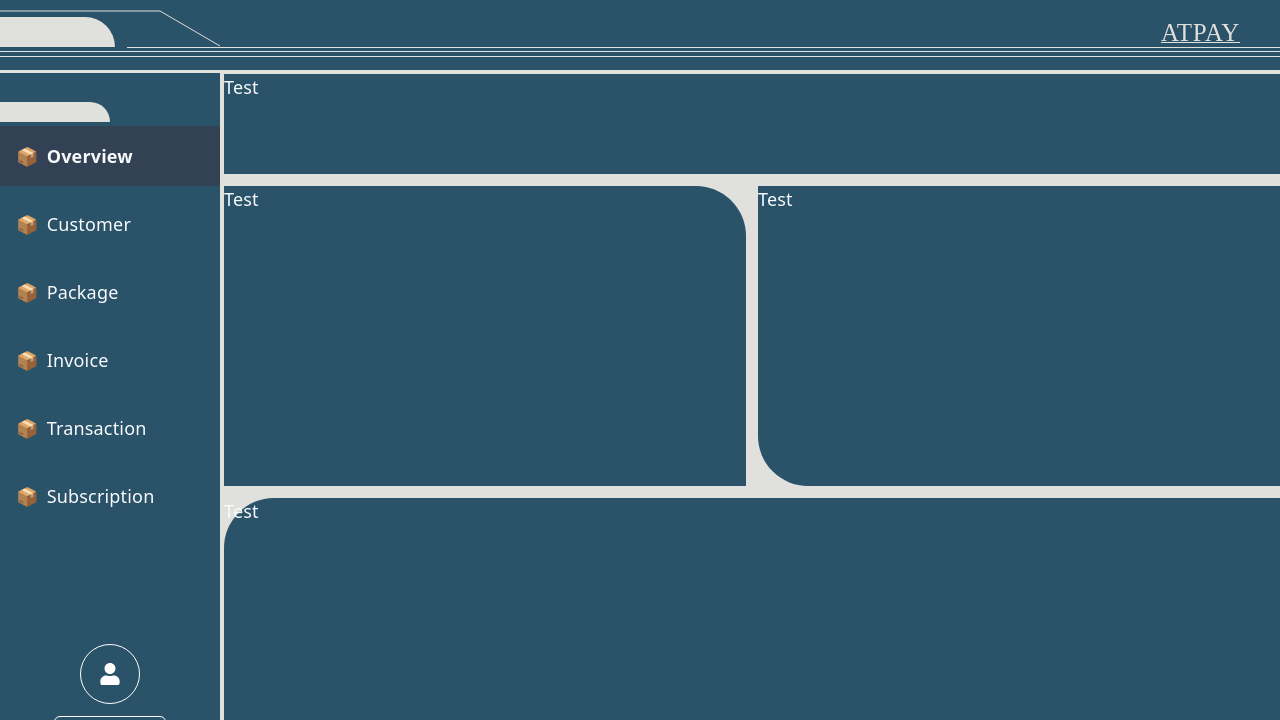
Repository: Farazdaq/stripe-payment-integration
Page: /dashboard (app in stripe-integration-react-dashboard/)
An editor plug-in stored every save of this project. The page is shown before and after the next save, followed by the edit.
The browser window is 1280 px wide. The pictures show the whole page.
An inner scrolling area shows only its first screen. Some web fonts or font styles are not loaded; a fallback is used. The project was rebuilt for these pictures with package versions that can differ from the ones it lists, and the page was loaded fresh each time. Also part of the build but not shown: stripe-integration-react-dashboard/vite.config.ts, stripe-integration-react-dashboard/src/App.css, stripe-integration-react-dashboard/src/features/dashboard/pages/Customer.tsx, stripe-integration-react-dashboard/src/features/dashboard/pages/Package.tsx, stripe-integration-react-dashboard/src/features/dashboard/pages/Invoice.tsx, stripe-integration-react-dashboard/src/features/dashboard/pages/Transaction.tsx, stripe-integration-react-dashboard/src/features/dashboard/pages/Subscription.tsx.

Above is the page before, as saved 2026-05-13 16:11:03.

### stripe-integration-react-dashboard/index.html
<!doctype html>
<html lang="en">
  <head>
    <meta charset="UTF-8" />
    <link rel="icon" type="image/svg+xml" href="/favicon.svg" />
    <meta name="viewport" content="width=device-width, initial-scale=1.0" />
    <title>web-app</title>
  </head>
  <body>
    <div id="root"></div>
    <script type="module" src="/src/main.tsx"></script>
  </body>
</html>

### stripe-integration-react-dashboard/src/index.css
@import url("https://fonts.googleapis.com/css2?family=Chonburi&display=swap");
@tailwind base;
@tailwind components;
@tailwind utilities;

/* =========================
   THEME VARIABLES
========================= */
:root {
  --text: #6b6375;
  --text-h: #08060d;
  --bg: #ffffff;
  --border: #e5e4e7;
  --code-bg: #f4f3ec;

  --accent: #aa3bff;
  --accent-bg: rgba(170, 59, 255, 0.1);
  --accent-border: rgba(170, 59, 255, 0.5);

  --social-bg: rgba(244, 243, 236, 0.5);

  --shadow:
    rgba(0, 0, 0, 0.1) 0 10px 15px -3px, rgba(0, 0, 0, 0.05) 0 4px 6px -2px;

  --sans: system-ui, "Segoe UI", Roboto, sans-serif;
  --heading: system-ui, "Segoe UI", Roboto, sans-serif;
  --mono: ui-monospace, Consolas, monospace;
}

/* =========================
   DARK MODE (system-based)
   ⚠️ later you can replace with .dark class
========================= */
@media (prefers-color-scheme: dark) {
  :root {
    --text: #9ca3af;
    --text-h: #f3f4f6;
    --bg: #16171d;
    --border: #2e303a;
    --code-bg: #1f2028;

    --accent: #c084fc;
    --accent-bg: rgba(192, 132, 252, 0.15);
    --accent-border: rgba(192, 132, 252, 0.5);

    --social-bg: rgba(47, 48, 58, 0.5);

    --shadow:
      rgba(0, 0, 0, 0.4) 0 10px 15px -3px, rgba(0, 0, 0, 0.25) 0 4px 6px -2px;
  }
}

/* =========================
   ROOT FIX (IMPORTANT)
   THIS FIXES YOUR LAYOUT ISSUE
========================= */
#root {
  width: 100%;
  min-height: 100vh;
  margin: 0;
  display: flex;
  flex-direction: column;
  box-sizing: border-box;
}

/* =========================
   GLOBAL RESET
========================= */
body {
  margin: 0;
  background: var(--bg);
  color: var(--text);
  font: 18px/145% var(--sans);
  letter-spacing: 0.18px;
  -webkit-font-smoothing: antialiased;
  -moz-osx-font-smoothing: grayscale;
}

/* =========================
   TYPOGRAPHY
========================= */
h1,
h2 {
  font-family: var(--heading);
  font-weight: 500;
  color: var(--text-h);
}

h1 {
  font-size: 56px;
  letter-spacing: -1.68px;
  margin: 32px 0;
}

h2 {
  font-size: 24px;
  line-height: 118%;
  letter-spacing: -0.24px;
  margin: 0 0 8px;
}

p {
  margin: 0;
}

/* =========================
   CODE BLOCKS
========================= */
code,
.counter {
  font-family: var(--mono);
  display: inline-flex;
  border-radius: 4px;
  color: var(--text-h);
}

code {
  font-size: 15px;
  line-height: 135%;
  padding: 4px 8px;
  background: var(--code-bg);
}

### stripe-integration-react-dashboard/src/App.tsx
import "./App.css";
import { RouterProvider } from "react-router-dom";
import { router } from "./routes";
import { ThemeProvider } from "./theme/ThemeProvider";
import "./i18n/i18n";

function App() {
  return (
    <ThemeProvider>
      <RouterProvider router={router} />
    </ThemeProvider>
  );
}

export default App;

### stripe-integration-react-dashboard/src/routes.tsx
import { createBrowserRouter } from "react-router-dom"; // Import the necessary components for routing
import DashboardLayout from "./features/dashboard/layout/DashboardLayout"; // Import the layout component for the dashboard, which will be used as a wrapper for the child routes.

// Define the router configuration using createBrowserRouter
// The router is structured as follows:
// - The root path ("/") uses the DashboardLayout component as its element.
// - The DashboardLayout component has child routes
// - The index route ("/") renders the DashboardPage component.

export const router = createBrowserRouter([
  // MAIN APP
  {
    path: "/",
    element: "App page",
  },

  // DASHBOARD
  {
    path: "/dashboard",
    element: <DashboardLayout />,
  },
]);

### stripe-integration-react-dashboard/src/theme/ThemeProvider.tsx
import { useState } from "react";
import type { ReactNode } from "react";
import { themes } from "./theme.config";
import { ThemeContext, type ThemeMode } from "./theme.context";

type Props = {
  children: ReactNode;
};

export function ThemeProvider({ children }: Props) {
  const [mode, setMode] = useState<ThemeMode>("dark");

  const theme = themes[mode];

  return (
    <ThemeContext.Provider value={{ mode, setMode, theme }}>
      <div
        style={{
          backgroundColor: theme.colors.bg,
          color: theme.colors.text,
          minHeight: "100vh",
          transition: "0.3s ease",
        }}
      >
        {children}
      </div>
    </ThemeContext.Provider>
  );
}

### stripe-integration-react-dashboard/src/i18n/i18n.ts
import i18n from "i18next";
import { initReactI18next } from "react-i18next";

import en from "./locales/en.json";
import ar from "./locales/ar.json";

i18n.use(initReactI18next).init({
  resources: {
    en: { translation: en },
    ar: { translation: ar },
  },

  lng: "en",
  fallbackLng: "en",

  interpolation: {
    escapeValue: false,
  },
});

export default i18n;

### stripe-integration-react-dashboard/src/features/dashboard/layout/DashboardLayout.tsx
import { useState } from "react";
import { useTheme } from "../../../theme/useTheme";

import {
  Navbar,
  Sidebar,
  Overview,
  Customer,
  Package,
  Invoice,
  Transaction,
  Subscription,
} from "./export.ts";

export default function DashboardLayout() {
  const { theme } = useTheme();
  const [activePage, setActivePage] = useState("overview");

  return (
    <div
      className="flex flex-col w-screen h-screen overflow-hidden"
      style={{
        backgroundColor: theme.colors.bg,
      }}
    >
      {/* TOP NAVBAR */}
      <div className="shrink-0">
        <Navbar />
      </div>

      {/* BODY */}
      <div className="flex flex-1 min-h-0 overflow-hidden">
        {/* SIDEBAR */}
        <div className="h-full shrink-0">
          <Sidebar active={activePage} setActive={setActivePage} />
        </div>

        {/* MAIN CONTENT */}
        <main className="flex-1 h-full overflow-y-auto overflow-x-hidden pt-1 pl-1">
          <div className="min-h-full">
            {activePage === "overview" && <Overview />}
            {activePage === "customer" && <Customer />}
            {activePage === "package" && <Package />}
            {activePage === "invoice" && <Invoice />}
            {activePage === "transaction" && <Transaction />}
            {activePage === "subscription" && <Subscription />}
          </div>
        </main>
      </div>
    </div>
  );
}

### stripe-integration-react-dashboard/src/theme/theme.config.ts
export const themes = {
  light: {
    colors: {
      bg: "#f9fafb",
      text: "#111827",
      containerCopBackgroundColor: "#2A5269",
      borderColor: "#111827",
      sidebar: "#ffffff",
      navbar: "#ffffff",
      border: "#e5e7eb",
    },
  },

  dark: {
    colors: {
      bg: "#E0E0DD",
      text: "#f8fafc",
      containerCopBackgroundColor: "#2A5269",
      borderColor: "#111827",
      sidebar: "#2A5269",
      navbar: "#2A5269",
      border: "#334155",
    },
  },
};

### stripe-integration-react-dashboard/src/theme/theme.context.ts
import { createContext } from "react";
import { themes } from "./theme.config";

export type ThemeMode = "light" | "dark";

// 👇 infer theme structure from your config
export type Theme = (typeof themes)["light"];

export type ThemeContextType = {
  mode: ThemeMode;
  setMode: (mode: ThemeMode) => void;
  theme: Theme;
};

export const ThemeContext = createContext<ThemeContextType | null>(null);

### stripe-integration-react-dashboard/src/theme/useTheme.ts
import { useContext } from "react";
import { ThemeContext } from "./theme.context";

export function useTheme() {
  const context = useContext(ThemeContext);

  if (!context) {
    throw new Error("useTheme must be used inside ThemeProvider");
  }

  return context;
}

### stripe-integration-react-dashboard/src/features/dashboard/layout/export.ts
export { default as Navbar } from "./Navbar";
export { default as Sidebar } from "./Sidebar/Sidebar";

export { default as Overview } from "../pages/Overview";
export { default as Customer } from "../pages/Customer";
export { default as Package } from "../pages/Package";
export { default as Invoice } from "../pages/Invoice";
export { default as Transaction } from "../pages/Transaction";
export { default as Subscription } from "../pages/Subscription";

### stripe-integration-react-dashboard/src/features/dashboard/layout/Navbar.tsx
import { useTheme } from "../../../theme/useTheme";
import ThemeSwitch from "../../../components/ThemeSwitch";
import LanguageDropdown from "../../../components/LanguageDropdown";
import LineShaper from "../../../components/LineShaper";
import LineDivider from "../../../components/LineDivider";

export default function Navbar() {
  const { theme } = useTheme();

  return (
    <div
      className="relative w-screen h-[40px] md:h-[50px] lg:h-[70px]"
      style={{
        paddingTop: "10px",
        background: theme.colors.navbar,
      }}
    >
      {/* Title */}
      <p
        className="absolute right-10 top-5 text-[25px] underline underline-offset-1 decoration-[1px] tracking-wide font-['Chonburi']"
        style={{ color: "#E0E0DD" }}
      >
        ATPAY
      </p>

      <div className="flex flex-col gap-1 md:gap-1">
        <div style={{ height: "3px", overflow: "visible" }}>
          <LineDivider
            color="#E0E0DD"
            thickness="1px"
            points={[{ x: 0, y: 0 }, { x: 160, y: 0 }, { d: 35 }]}
          />

          <div className="ml-[9.9%] mb-1">
            <LineDivider color="#E0E0DD" thickness="1px" />
          </div>
        </div>

        <LineShaper
          color="#E0E0DD"
          thickness={30}
          length={"9%"}
          radiusRightTop={50}
        />

        <LineDivider color="#E0E0DD" thickness="0.9px" />
        <LineDivider color="#E0E0DD" thickness="0.9px" />
      </div>
    </div>
  );
}

### stripe-integration-react-dashboard/src/features/dashboard/layout/Sidebar/Sidebar.tsx
import AccountController from "../../../../components/AccountController";
import LineShaper from "../../../../components/LineShaper";
import { useTheme } from "../../../../theme/useTheme";
import { sidebarItems } from "./sidebar.config";

type SidebarItem = {
  key: string;
  label: string;
};

type SidebarProps = {
  active: string;
  setActive: (key: string) => void;
};

export default function Sidebar({ active, setActive }: SidebarProps) {
  const { theme } = useTheme();

  return (
    <div
      className="w-[80px] md:w-[220px] min-h-screen pt-[4vh] mt-[0.4vh] py-2.5 transition-all duration-300 shrink-0"
      style={{ background: theme.colors.sidebar }}
    >
      <LineShaper
        color="#E0E0DD"
        thickness={20}
        length={"50%"}
        marginBottom={4}
        radiusRightTop={50}
      />
      {sidebarItems.map((item: SidebarItem) => {
        const isActive = active === item.key;

        return (
          <div key={item.key} className="flex">
            <button
              onClick={() => setActive(item.key)}
              className="w-full mb-2 cursor-pointer flex items-center justify-center md:justify-start gap-0 md:gap-2 p-3 md:p-4 transition-all duration-200"
              style={{
                background: isActive ? theme.colors.border : "transparent",
                color: theme.colors.text,
                fontWeight: isActive ? "600" : "400",
              }}
            >
              {/* Icon */}
              <span className="text-2xl md:text-lg flex items-center justify-center w-full md:w-auto">
                📦
              </span>

              {/* Label */}
              <div className="hidden md:inline text-base lg:text-lg">
                {item.label}
              </div>
            </button>
          </div>
        );
      })}

      <div className=" mt-[50%]">
        <AccountController
          isLogIn={true}
          direction="column"
          imagePosition="top"
        />
      </div>
    </div>
  );
}

### stripe-integration-react-dashboard/src/features/dashboard/pages/Overview.tsx
import { useTranslation } from "react-i18next";
import ContainerComp from "../../../components/ContainerComp";
import LineChartComp from "../../../components/LineChartComp";

function MockComponent() {
  return <div>Test</div>;
}
export default function Overview() {
  const { t } = useTranslation();

  return (
    <div className="flex flex-col gap-3 md:gap-3 pt-[0.3px] md:pt-[0.3px]">
      {/* Top containers */}
      <ContainerComp height={100} componentDisplay={<MockComponent />} />

      {/* Bottom horizontal containers */}
      <div className="flex flex-col md:flex-row gap-3 md:gap-3">
        <div className="flex-1">
          <ContainerComp
            radiusRightTop={50}
            height={300}
            componentDisplay={<MockComponent />}
          />
        </div>

        <div className="flex-1">
          <ContainerComp
            radiusLeftBottom={50}
            height={300}
            componentDisplay={<MockComponent />}
          />
        </div>
      </div>
      <ContainerComp
        radiusLeftTop={50}
        height={456}
        componentDisplay={<MockComponent />}
      />
    </div>
  );
}

### stripe-integration-react-dashboard/src/components/LineShaper.tsx
// ==========================================
// LineShaper Component
// ------------------------------------------
// Reusable horizontal line component that
// supports:
// - custom thickness
// - custom width/length
// - rounded corners
// - optional margins
// ==========================================
type LineShaperProps = {
  color?: string;
  radiusLeftTop?: number;
  radiusLeftBottom?: number;
  radiusRightTop?: number;
  radiusRightBottom?: number;
  thickness?: number;
  length?: number | string;

  marginTop?: number | string;
  marginBottom?: number | string;
  marginLeft?: number | string;
  marginRight?: number | string;
};

// get the margin props
// Creates a clean margin style object.
function getMargins({
  marginTop,
  marginBottom,
  marginLeft,
  marginRight,
}: Pick<
  LineShaperProps,
  "marginTop" | "marginBottom" | "marginLeft" | "marginRight"
>) {
  return {
    marginTop,
    marginBottom,
    marginLeft,
    marginRight,
  };
}

// get border props
// Creates border radius style object.
function getBorderRadius({
  radiusLeftTop,
  radiusLeftBottom,
  radiusRightTop,
  radiusRightBottom,
}: Pick<
  LineShaperProps,
  "radiusLeftTop" | "radiusLeftBottom" | "radiusRightTop" | "radiusRightBottom"
>) {
  return {
    borderTopLeftRadius: radiusLeftTop,
    borderBottomLeftRadius: radiusLeftBottom,
    borderTopRightRadius: radiusRightTop,
    borderBottomRightRadius: radiusRightBottom,
  };
}

// shape the line to get line with targe shape
// Main UI renderer.
export default function LineShaper({
  color = "#000",
  radiusLeftTop = 0,
  radiusLeftBottom = 0,
  radiusRightTop = 0,
  radiusRightBottom = 0,
  thickness = 2,
  length = "100%",
  marginTop,
  marginBottom,
  marginLeft,
  marginRight,
}: LineShaperProps) {
  const margins = getMargins({
    marginTop,
    marginBottom,
    marginLeft,
    marginRight,
  });

  const borderRadius = getBorderRadius({
    radiusLeftTop,
    radiusLeftBottom,
    radiusRightTop,
    radiusRightBottom,
  });

  return (
    <div
      data-testid="lineShaper"
      style={{
        backgroundColor: color,
        height: thickness,
        width: length,
        ...borderRadius,
        ...margins,
      }}
    />
  );
}

### stripe-integration-react-dashboard/src/components/LineDivider.tsx
// independent from line shaper and as normal line separator.
// called to make svg shaped with radius, used mostly to add sort of logo style

type Point = {
  x?: number | string; // allow "100%"
  y?: number;
  d?: number; // relative vertical movement
};

type LineDividerProps = {
  color?: string;
  thickness?: string;
  width?: string;
  margin?: string;
  style?: React.CSSProperties;
  points?: Point[];
};

// main function it returns normal line shaped using div
// or it returns a svg when points and in both cases radius and passed props can be applied
// see example on navbar
export default function LineDivider({
  color = "red",
  thickness = "2px",
  width = "100%",
  margin = "0",
  style = {},
  points,
}: LineDividerProps) {
  // If no points → simple divider
  if (!points || points.length === 0) {
    return (
      <div
        data-testid="lineDivider"
        style={{
          height: thickness,
          width,
          backgroundColor: color,
          margin,
          ...style,
        }}
      />
    );
  }

  // Convert relative points (d) into absolute x,y
  const computedPoints: { x: number | string; y: number }[] = [];

  points.forEach((p, i) => {
    if (i === 0) {
      computedPoints.push({
        x: p.x ?? 0,
        y: p.y ?? 0,
      });
    } else {
      const prev = computedPoints[i - 1];

      computedPoints.push({
        x: p.x ?? (typeof prev.x === "number" ? prev.x + 60 : prev.x),
        y: p.d !== undefined ? prev.y + p.d : (p.y ?? prev.y),
      });
    }
  });

  //  AUTO‑EXTEND LAST POINT TO 100% WIDTH
  const last = computedPoints[computedPoints.length - 1];
  computedPoints.push({
    x: "100%",
    y: last.y,
  });

  // Calculate bounds
  const ys = computedPoints.map((p) => p.y);
  const minY = Math.min(...ys);
  const maxY = Math.max(...ys);

  const lineThickness = parseFloat(thickness) || 2;
  const svgHeight = maxY - minY + lineThickness * 2;

  // Build SVG path
  const path = computedPoints
    .map((p, i) => {
      const x = p.x;
      const y = p.y - minY + lineThickness;
      return `${i === 0 ? "M" : "L"} ${x} ${y}`;
    })
    .join(" ");

  return (
    <svg
      data-testid="lineDivider-svg"
      width="100%"
      height={svgHeight}
      preserveAspectRatio="none"
      style={{ display: "block", margin, ...style }}
    >
      <path d={path} stroke={color} strokeWidth={lineThickness} fill="none" />
    </svg>
  );
}

### stripe-integration-react-dashboard/src/features/dashboard/layout/Sidebar/sidebar.config.ts
export const sidebarItems = [
  {
    key: "overview",
    label: "Overview",
  },

  {
    key: "customer",
    label: "Customer",
  },
  {
    key: "package",
    label: "Package",
  },
  {
    key: "invoice",
    label: "Invoice",
  },
  {
    key: "transaction",
    label: "Transaction",
  },
  {
    key: "subscription",
    label: "Subscription",
  },
];

### stripe-integration-react-dashboard/src/components/ContainerComp.tsx
import { useTheme } from "../theme/useTheme";

type ContainerCompProps = {
  width?: number;
  height?: number;
  radiusAll?: number;
  radiusLeftTop?: number;
  radiusLeftBottom?: number;
  radiusRightTop?: number;
  radiusRightBottom?: number;
  background?: string;
  borderColor?: string;
  border?: boolean;
  stroke?: number;
  componentDisplay: React.ReactNode;
};

export default function ContainerComp({
  width,
  height,
  radiusAll,
  radiusLeftTop,
  radiusLeftBottom,
  radiusRightTop,
  radiusRightBottom,
  background,
  borderColor,
  border,
  stroke,
  componentDisplay: ComponentDisplay,
}: ContainerCompProps) {
  const { theme } = useTheme();
  const style: React.CSSProperties = {
    width,
    height,
    background: background
      ? background
      : theme.colors.containerCopBackgroundColor,
    border: border
      ? `${stroke ?? 1}px solid ${borderColor ? borderColor : theme.colors.borderColor}`
      : undefined,
    borderTopLeftRadius: radiusLeftTop ?? radiusAll,
    borderBottomLeftRadius: radiusLeftBottom ?? radiusAll,
    borderTopRightRadius: radiusRightTop ?? radiusAll,
    borderBottomRightRadius: radiusRightBottom ?? radiusAll,
  };

  return (
    <div data-testid="container1" style={style}>
      {ComponentDisplay}
    </div>
  );
}

Loaded but not shown: stripe-integration-react-dashboard/src/main.tsx (common file); stripe-integration-react-dashboard/tailwind.config.js (common file); stripe-integration-react-dashboard/src/i18n/locales/ar.json (8 lines, source omitted); stripe-integration-react-dashboard/src/i18n/locales/en.json (8 lines, source omitted); stripe-integration-react-dashboard/src/components/AccountController.tsx (189 lines, source omitted)

After the next save:
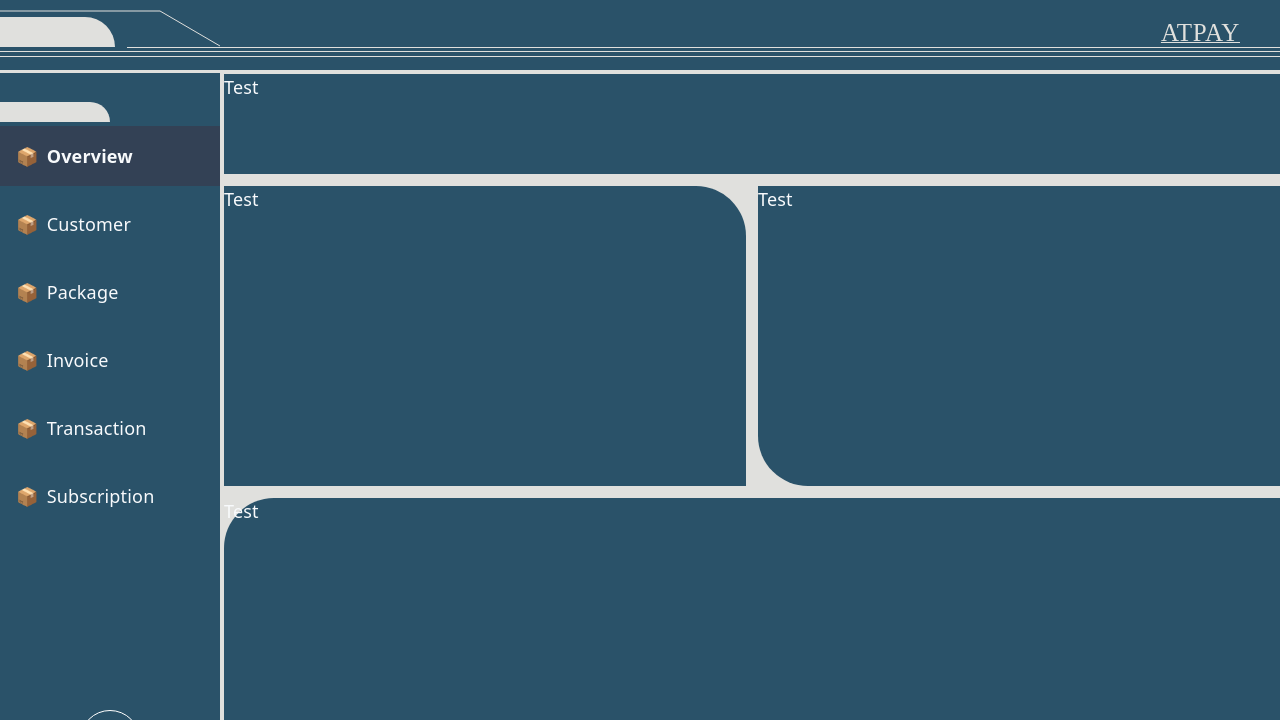
Saved 6 s later.
--- a/stripe-integration-react-dashboard/src/features/dashboard/layout/Sidebar/Sidebar.tsx
+++ b/stripe-integration-react-dashboard/src/features/dashboard/layout/Sidebar/Sidebar.tsx
@@ -56,7 +56,7 @@ export default function Sidebar({ active, setActive }: SidebarProps) {
         );
       })}
 
-      <div className=" mt-[50%]">
+      <div className=" mt-[80%]">
         <AccountController
           isLogIn={true}
           direction="column"
